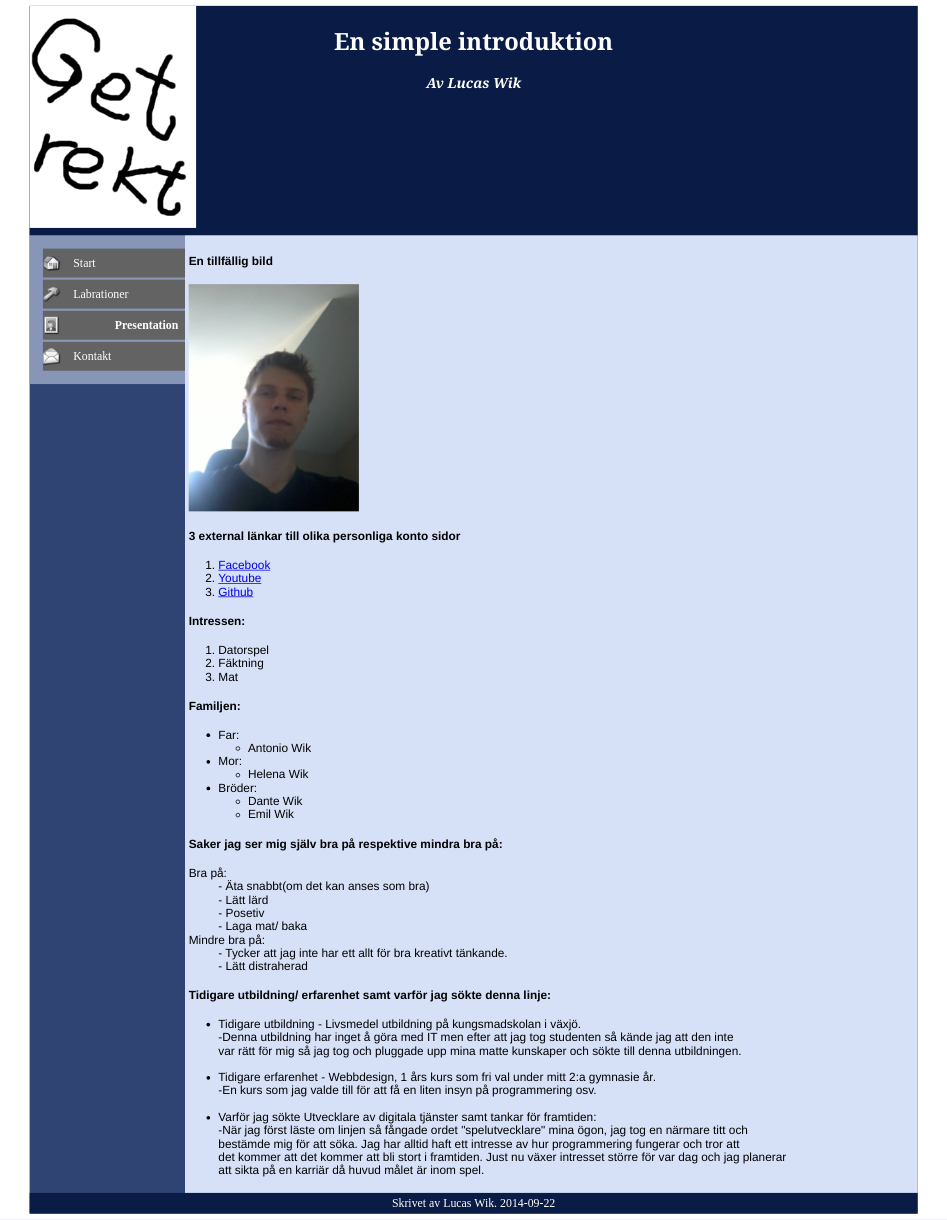
Repository: lw222gz/1ik415-laborationer
Page: Pages/presentation.html
The author's editor kept a record of every edit. The page is drawn from the files as they stood at one moment, then again after the next edit.
The browser window is 1280 px wide. The pictures show the whole page, at 74% of full size.

Above is the page before.

After the next edit:
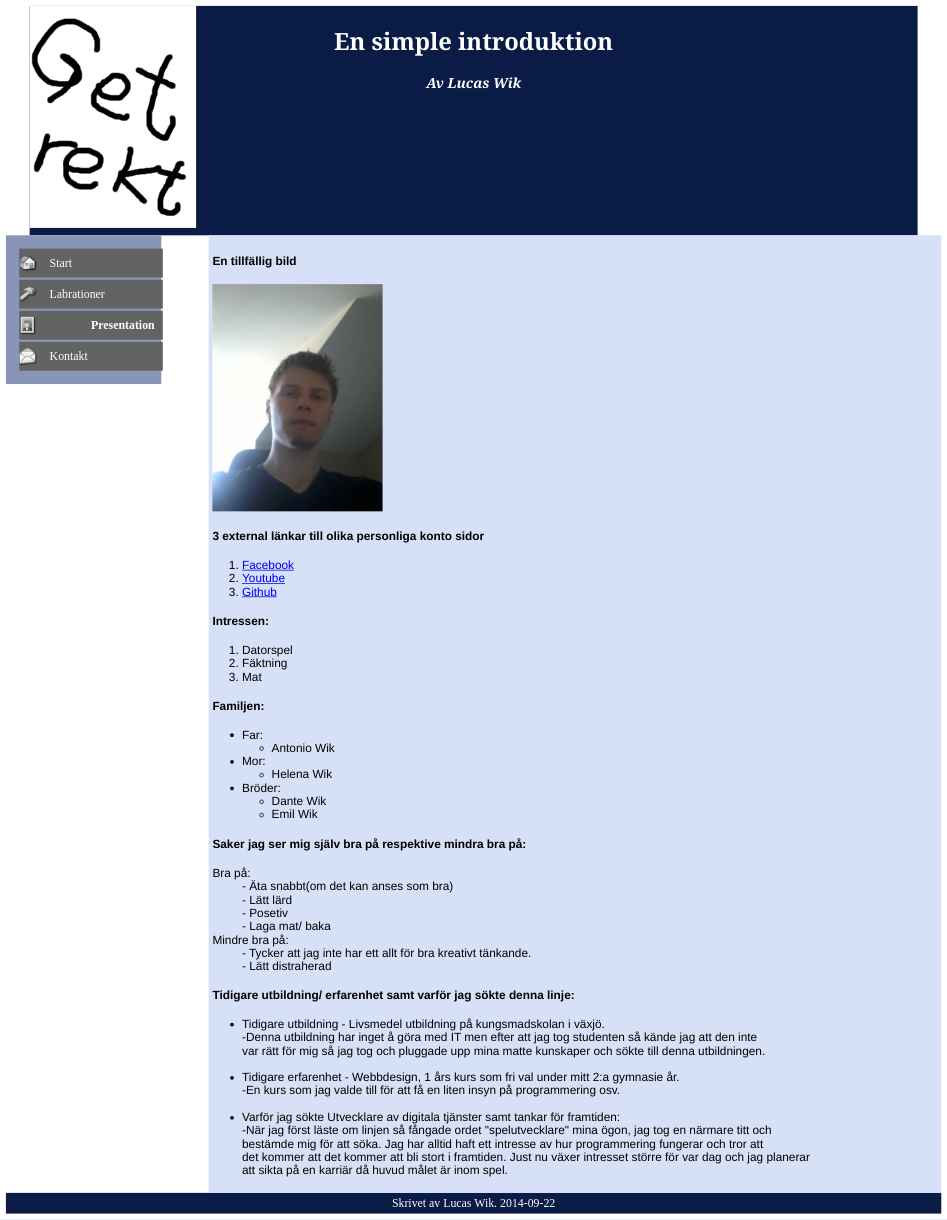
The edit:
--- a/Pages/presentation.html
+++ b/Pages/presentation.html
@@ -13,7 +13,7 @@
 <body>
 <div id="container">
 
-<div id="header">
+<header id="header">
     <h1>En simple introduktion</h1>
     <h3>Av Lucas Wik</h3>
 </div>

After the edit that followed:
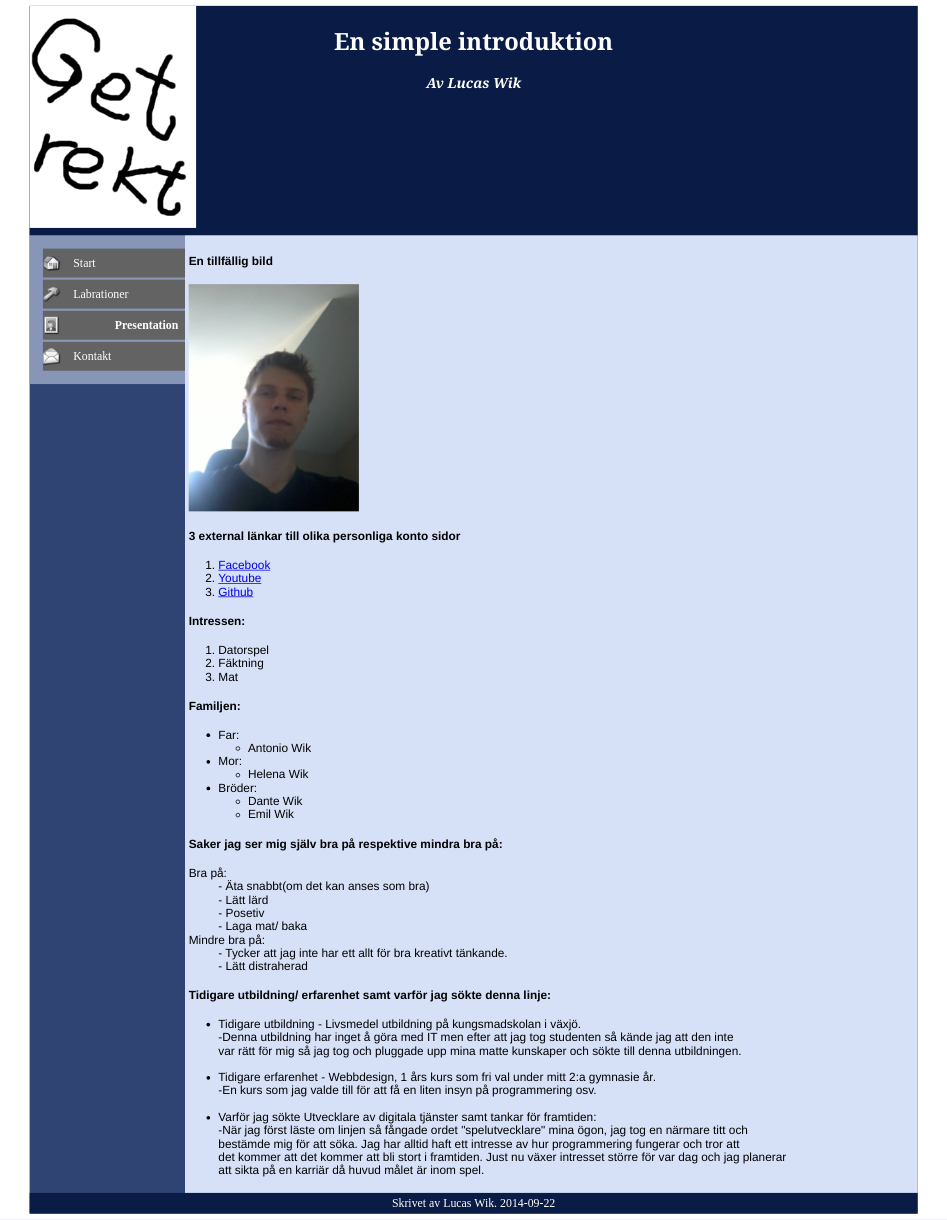
The edit:
--- a/Pages/presentation.html
+++ b/Pages/presentation.html
@@ -16,7 +16,7 @@
 <header id="header">
     <h1>En simple introduktion</h1>
     <h3>Av Lucas Wik</h3>
-</div>
+</header>
 
 <div id="navigator">
     <ul>
